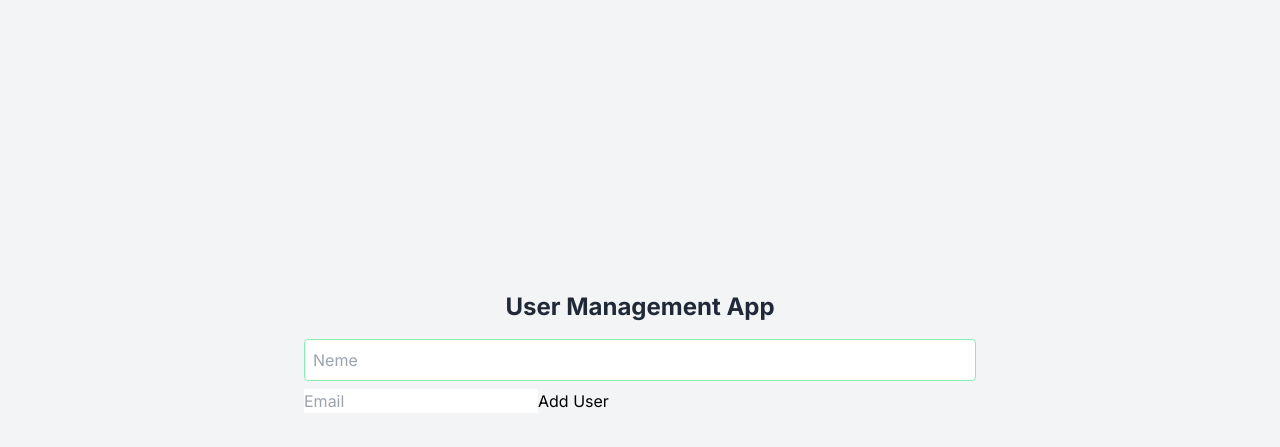
Repository: satoshi-create/next-express
Page: / (app in frontend/)
An editor plug-in stored every save of this project. The page is shown before and after a run of saves, followed by the edit.
The browser window is 1280 px wide. The pictures show the whole page.
The page's requests for data from a server got no answer. The project was rebuilt for these pictures with package versions that can differ from the ones it lists, and the page was loaded fresh each time. The framework's server and built-in components were replaced by stand-ins that run in the browser. No one was signed in, and anything a server would have sent is missing. Also part of the build but not shown: frontend/next.config.js, frontend/next.config.mjs, frontend/app/ui/CardComponent.tsx.

Above is the page before, as saved 2024-02-12 23:22:57.

After the next 3 saves:
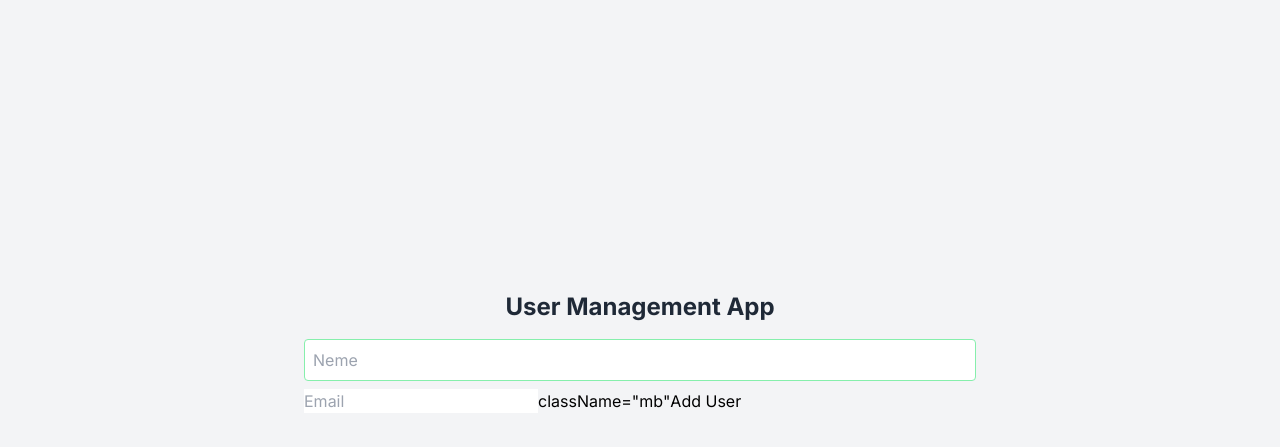
The 3 saves are shown as one change because they came seconds apart.
The last was saved 9 s later.
--- a/frontend/app/page.tsx
+++ b/frontend/app/page.tsx
@@ -88,7 +88,7 @@ const Page = () => {
             className="mb-2 w-full p-2 border border-green-300 rounded"
           />
           <input placeholder="Email" value={newUser.email} onChange={(e) => setNewUser({...newUser,email:e.target.value})} />
-
+          className="mb"
           <button>Add User</button>
         </form>
         {/* Display users */}
